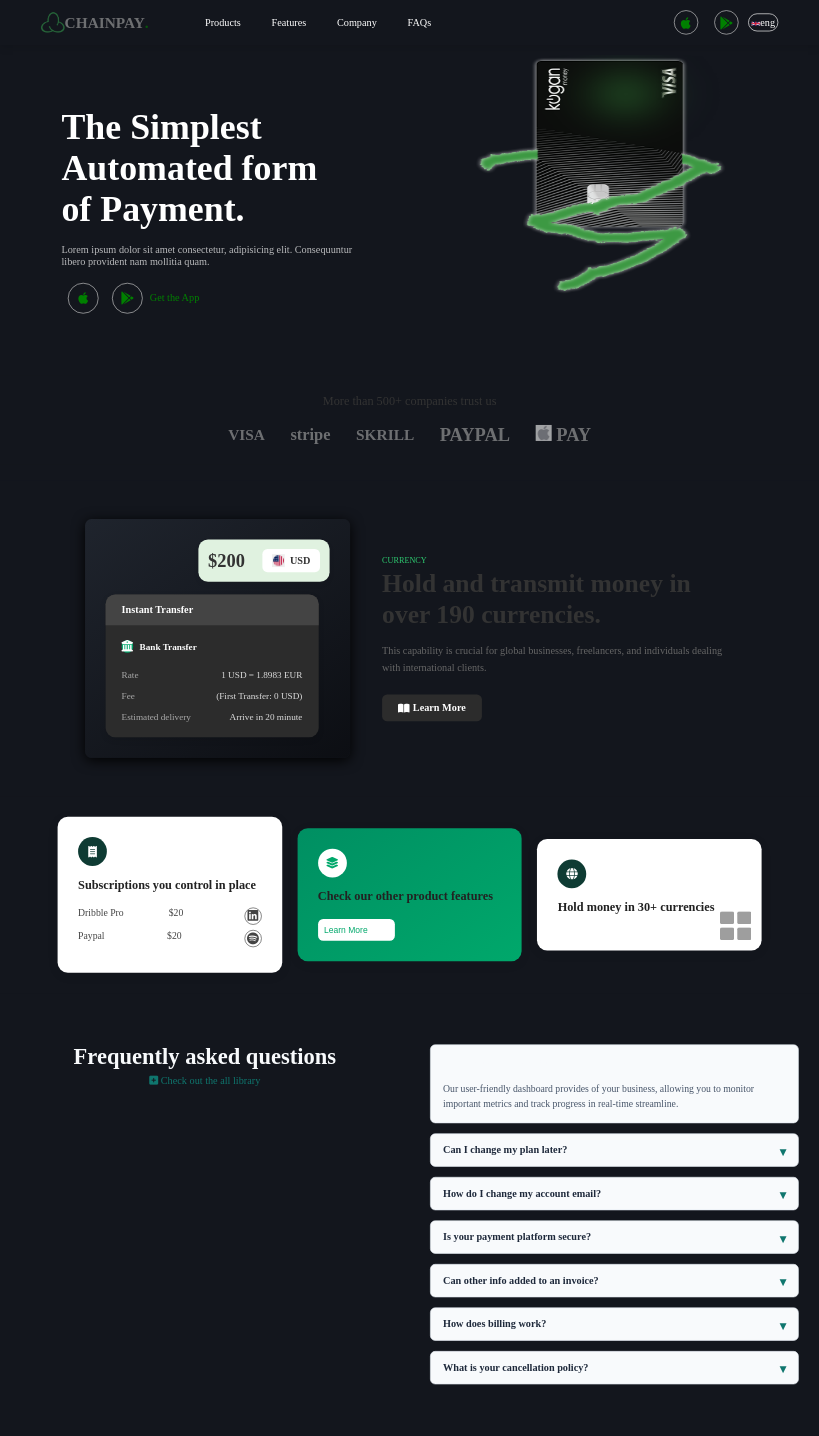
Repository: Austinokezie/Fintech-landing-page
Page: Chainpay.html
These files come from the project's save history. The page is drawn as it stood at one moment and after the next save; the edit follows.
The browser window is 1280 px wide. The pictures show the whole page, at 64% of full size.
Pictures or frames that could not be fetched are drawn as grey boxes. Some web libraries are served in a nearby version.

Above is the page before, as saved 2025-10-15 23:01:13.

### Chainpay.html
<!DOCTYPE html>
<html lang="en">
<head>
    <meta charset="UTF-8">
    <meta name="viewport" content="width=device-width, initial-scale=1.0">
    <title>Document</title>
    <link rel="stylesheet" href="./Chainpay.css">
    <script src="https://kit.fontawesome.com/988c5ad863.js" crossorigin="anonymous"></script>
</head>
<body>
    <nav>
        <div class="left">
            <div class="logo">
                <img src="./images/logo.png" alt="logo image">

                <span>Chainpay</span><span class="dot">.</span>

            </div>
            <ul class="links">
                <li class="link">Products</li>
                <li class="link">Features</li>
                <li class="link">Company</li>
                <li class="link">FAQs</li>

            </ul>
        </div>

        <div class="btn">
            <i class="fa-brands fa-apple"></i>
            <i class="fa-brands fa-google-play"></i>
            <div class="flag">
                <a href=""><img src="./images/Flag_of_the_United_Kingdom_(1-2).svg.png" alt="flag"><span>eng</span></a>


            </div>

        </div>
    </nav>
    <main>
        <div class="introsection">
            <h1>
                <p>The Simplest</p>
                <p>Automated form</p>
                <p>of Payment.</p>
            </h1>
            <p class="describe">Lorem ipsum dolor sit amet consectetur, adipisicing elit. Consequuntur libero provident nam mollitia quam.</p>
            <div class="btnicons">
                <i class="fa-brands fa-apple"></i>
                <i class="fa-brands fa-google-play"></i>
                <a href="#">Get the App</a>
            </div>
            <!-- <div>
                <button class="btn"> Get Started</button>
                <button class="btn"> Discover More</button>
            </div> -->
        </div>
        <div class="imagesection">
            <img src="./images/card.png" alt="">
        </div>
    </main>
   <section class="trust-section">
      <p class="trust-statement">More than 500+ companies trust us</p>
       <div class="payment-logos">
          <span class="logo visa">VISA</span>
          <span class="logo stripe">stripe</span>
          <span class="logo skrill">Skrill</span>
          <span class="logo paypal">PayPal</span>
          <span class="logo apple-pay"><img src="./images/Apple logo.jpg" alt=""> Pay</span>
        </div>
   </section>
    <section class="currency-feature-section">
            <div class="demo-section">
                <div class="input-card">
                    <span class="amount">$200</span>
                        <div class="currency-selector">
                            <img src="./images/USA FLAG2.jpeg" alt="US Flag" class="flag-icon">
                             <span class="currency-code">USD</span>

                        </div>
                </div>

                <div class="transfer-details-card">
                      <div class="card-header">
                         <span class="header-text">Instant Transfer</span>
                       </div>
                    <div class="transfer-info">
                        <div class="info-line bank-transfer">
                          <span class="icon "><i class="fa-solid fa-building-columns bank-icon"></i></span>
                         <span class="text">Bank Transfer</span>
                       </div>
                       <div class="info-line detail-row">
                          <span class="label">Rate</span>
                          <span class="value">1 USD = 1.8983 EUR</span>
                       </div>
                        <div class="info-line detail-row">
                          <span class="label">Fee</span>
                          <span class="value">(First Transfer: 0 USD)</span>
                       </div>
                       <div class="info-line detail-row">
                          <span class="label">Estimated delivery</span>
                         <span class="value">Arrive in 20 minute</span>
                        </div>
                   </div>
               </div>
            </div>

        <div class="content-section">
               <p class="tagline">Currency</p>
               <h2 class="headline">Hold and transmit money in over 190 currencies.</h2>
               <p class="description">This capability is crucial for global businesses, freelancers, and individuals dealing with international clients.</p>
               <button class="cta-button">
                  <span class="icon learn-icon"><i class="fa-solid fa-book-open"></i></span>
                   Learn More
               </button>
        </div>
    </section>

    <section class="features">
          <div class="card">
               <div class="card-icon">
                 <i class="fa-solid fa-receipt"></i>
                </div>
                <h3>Subscriptions you control in place</h3>
                <div class="card-footer">
                   <div class="item">
                      <span class="text">Dribble Pro</span>
                       <span class="amt">$20</span>
                       <span>
                            <i class="fa-brands fa-linkedin"></i>
                        </span>
                  </div>
                  <div class="item">
                      <span class="text">Paypal</span>
                      <span class="paypal-amt">$20</span>
                      <span>
                          <i class="fa-brands fa-spotify"></i>
                      </span>
                   </div>
               </div>
           </div>

           <div class="card active">
               <div class="card-icon">
                  <i class="fa-solid fa-layer-group"></i>
                </div>
                <h3>Check our other product features</h3>
                <button class="learn-more">
                  Learn More
               </button>
            </div>

           <div class="card">
               <div class="card-icon">
                 <i class="fa-solid fa-globe"></i>
               </div>
               <h3>Hold money in 30+ currencies</h3>
               <div class="flag-icons">
                  <img src="https://flagcdn.com/w40/gb.png" alt="UK">
                  <img src="https://flagcdn.com/w40/us.png" alt="US">
                  <img src="https://flagcdn.com/w40/ca.png" alt="Canada">
                  <img src="https://flagcdn.com/w40/eu.png" alt="EU">
              </div>
           </div>
    </section>
    <section class="faq-section">
                <div class="faq-header">
                   <h1>Frequently asked questions</h1>
                   <p><i class="fas fa-plus-square"></i> Check out the all library</p>
               </div>
                <div class="faq-content">

                   <div class="qa-item intro-text">
                      <h2>Is there a free trial available?</h2>
                      <p>Our user-friendly dashboard provides of your business, allowing you to monitor important metrics and track progress in real-time streamline.</p>
                   </div>

                   <details class="qa-item">
                      <summary class="question">Can I change my plan later?</summary>
                      <p class="answer">Yes, you can upgrade, downgrade, or change your plan at any time through your dashboard settings. Changes are effective immediately or at the start of your next billing cycle, depending on the modification.</p>
                  </details>

                  <details class="qa-item">
                     <summary class="question">How do I change my account email?</summary>
                     <p class="answer">You can update your registered email address in the 'Account Settings' section of your profile. For security, you may need to confirm the change via a verification link sent to both the old and new email addresses.</p>
                  </details>

                   <details class="qa-item">
                      <summary class="question">Is your payment platform secure?</summary>
                      <p class="answer">Absolutely. We use industry-leading encryption and partner with certified payment processors (e.g., Stripe, PayPal) to ensure all your transaction details are handled securely and are PCI compliant.</p>
                   </details>

                   <details class="qa-item">
                       <summary class="question">Can other info added to an invoice?</summary>
                      <p class="answer">Yes, you can specify custom information, such as a PO number, VAT ID, or project reference, to be included on your invoices. This can typically be managed in your billing preferences.</p>
                   </details>

                  <details class="qa-item">
                      <summary class="question">How does billing work?</summary>
                      <p class="answer">Billing is handled on a monthly or annual subscription basis, depending on your chosen plan. You will be charged automatically on your renewal date, and invoices are available immediately in your account portal.</p>
                  </details>

                 <details class="qa-item">
                      <summary class="question">What is your cancellation policy?</summary>
                      <p class="answer">You can cancel your subscription at any time. Your service will remain active until the end of the current paid billing period, and you will not be charged again.</p>
                  </details>

                </div>
    </section>


</body>
</html>

### Chainpay.css
*{
    margin: 0;
    padding: 0;

}
body{
    background-color: #13161d;
    color: white;
    scroll-behavior: smooth;
}
nav{
    display: flex;
    justify-content: space-between;
    padding: 16px 64px;
    box-shadow: 0 5px 12px rgba(0, 0, 0, 0.1);
}

nav .left {
    display: flex;
    gap: 4rem;
    align-items: center;
}

nav .logo{
    display: flex;
    align-items: center;

}
nav .logo span{
    font-size: 1.5rem;
    font-weight: bold;
    gap: 2px;

}
nav .logo .dot{
    color: green;
    font-size: 1.5rem;
}
nav .logo img{
    height: 32px;
}
nav .links{
    display: flex;
    list-style: none;

}
nav .links :hover{
    color: forestgreen;
}
nav .links .link{
    padding: 5px 1.5rem;
    font-weight: 500;
}
nav .btn{
    display: flex;
    align-items: center;
    gap: 5px;
}
nav .btn i{
    font-size: 1.3rem;
    background-color: rgba(2, green, blue, alpha);
    color: green;
    padding: .5rem .5rem;
    border: 1px solid #ccc;
    width: 20px;
    height: 20px;
    line-height: 20px;
    text-align: center;
    border-radius: 52px;
    margin:0 10px;
    cursor: pointer;

}
nav .btn .flag{
    display: flex;
    border: 1px solid;
    border-radius: 20px;
    padding: 4px 4px;

}

nav .btn .flag a{
    text-decoration: none;
}
nav .btn .flag img{
    width: .9rem;
    height: .4rem;
}
nav .btn .flag span{
    color: white;
}

main{
    display: flex;
    justify-content: center;
    padding: 1rem 6rem;

    gap: 2rem;
}
main .introsection{
    /* display: flex; */
    padding: 5rem 0;
    /* justify-content: center; */
}
main .introsection h1{
   font-size: 3.5rem;
}
main.introsection h1 p{
    font-size: 5rem;
}
.introsection .describe{
    font-size: 16px;
    opacity: .7;
    margin: 1.5rem 0;
    max-width: 80%;
}
main .imagesection img{
    width: 29rem;
    height: 27rem;
    /* margin-top: 30px; */
}
main .btnicons{
    display: flex;
    gap: 1px;
    align-items: center;
}
main .btnicons a{
    text-decoration: none;
    color: green;
}
main .btnicons i{
    font-size: 1.3rem;
    /* background-color: rgb(36, 17, 17); */
    padding: .5rem .5rem;
    color: green;
    border: 1px solid #ccc;
    width: 30px;
    height: 30px;
    line-height: 30px;
    text-align: center;
    border-radius: 52px;
    margin:0 10px;


}

/* =========================
   🌐 Services Highlight Section
   ========================= */

.trust-section {
    text-align: center;
    padding: 30px 15px;
    background-color: #13161d;
    color: white;
}

.trust-statement {
    font-size: 1.2rem;
    color: #333333; /* Darker text for the statement */
    margin-bottom: 25px;
}

.payment-logos {
    display: flex;
    justify-content: center;
    align-items: center;
    flex-wrap: wrap; /* Allows logos to wrap on smaller screens */
    gap: 40px; /* Space between logos */
}

.logo {
    font-size: 1.5rem;
    font-weight: bold;
    color: #aaaaaa; /* Faded/light gray color as seen in the image */
    text-transform: uppercase;
    opacity: 0.6; /* Slight transparency to enhance the faded look */
    /* Add a specific font-family if you want to match the logo typeface exactly */
}

/* Specific Logo adjustments (optional, to better mimic the logo styles) */
.visa {
    /* No major change needed */
}

.stripe {
    font-size: 1.6rem;
    text-transform: lowercase;
}

.skrill {
    /* No major change needed */
}

.paypal {
    font-size: 1.8rem;
}

.apple-pay {
    font-size: 1.8rem;
    /* The Apple logo  is used directly in the HTML */
}
.apple-pay img{
    width: 25px;
    height: 25px;
}


/* Base Styles */
.currency-feature-section {
    display: flex;
    justify-content: center;
    align-items: center;
    padding: 60px 5%;
    background-color: #13161d;
    color: white;
    font-family: serif;
    box-shadow: rgba(0, 0, 0, 0.1);
    margin-top: 25px;
}

/* --------------------
    Left Column: Demo Section Styling
-------------------- */
.demo-section {
    flex: 1;
    display: flex;
    flex-direction: column;
    gap: 20px;
    padding: 2rem;
    max-width: 350px; /* Limit size for better aesthetics */
    background: linear-gradient(145deg, #1f242d, #0c0e13);
    box-shadow: 0 4px 20px rgba(0, 0, 0, 10);
    border-radius: 10px;
}

/* Input Card */
.input-card {
    background-color: #e0f2e0; /* Lightest green for the card */
    padding: 15px 15px;
    border-radius: 15px;
    display: flex;
    justify-content: space-between;
    align-items: center;
    margin-left: auto;
    box-shadow: 0 4px 10px rgba(0, 0, 0, 0.05); /* Soft shadow */
    width: 50%; /* Smaller than the overall demo section */
}

.input-card .amount {
    font-size: 1.8rem;
    font-weight: bold;
    color: #333;
}

.currency-selector {
    display: flex;
    align-items: center;
    background-color: #fff; /* White background for selector */
    padding: 8px 15px;
    border-radius: 8px;
    font-weight: bold;
    cursor: pointer;
}

.flag-icon {
    width: 20px;
    height: 20px;
    margin-right: 8px;
    /* In a real scenario, you'd load the image */
    /* Placeholder for the flag */
    background-color: #003087; /* Just to show where the flag goes */
    /* border: 1px solid #ccc; */
}
.currency-code {
    color: #333;
}

/* Transfer Details Card */
.transfer-details-card {
    background-color: #2c2c2c; /* Dark background for this card */
    color: #ffffff;
    padding: 0;
    border-radius: 15px;
    box-shadow: 0 4px 10px rgba(0, 0, 0, 0.1);
    width: 95%; /* Wider than the input card */
}

.card-header {
    background-color: #444444; /* Darker header section */
    padding: 15px 25px;
    border-top-left-radius: 15px;
    border-top-right-radius: 15px;
}

.header-text {
    font-weight: bold;
    font-size: 1rem;
}

.transfer-info {
    padding: 15px 25px;
}

.info-line {
    display: flex;
    justify-content: space-between;
    padding: 8px 0;
    font-size: 0.9rem;
    color: #dddddd; /* Light text for details */
    gap: 10px;
}

.bank-transfer {
    justify-content: flex-start;
    align-items: center;
    font-weight: bold;
    color: #ffffff;
    margin-bottom: 10px;
}

.bank-icon {
    display: flex;
    align-items: center;
    width: 20p;
    height: 20px;
    background-color: #00a86b; /* Green circle icon color */
    border-radius: 50%;
    font-size: 18px;
    /* margin-right: 10px; */
    /* flex-shrink: 0; */

}
.bank-icon i{
    font-size: 18px;
    color: #00a86b;
    line-height: 1;
}

.detail-row .label {
    color: #aaaaaa; /* Lighter gray for labels */
}

.detail-row .value {
    text-align: right;
}

/* --------------------
    Right Column: Content Section Styling
-------------------- */
.content-section {
    flex: 1;
    max-width: 550px;
    padding-left: 50px;
    color: #f5f5dc;
}

.tagline {
    font-size: 0.8rem;
    color: #2ecc71;
    text-transform: uppercase;
    margin-bottom: 5px;
}

.headline {
    font-size: 2.5rem;
    font-weight: 900;
    line-height: 1.2;
    color: #333;
    margin: 0 0 20px 0;
}

.description {
    font-size: 1rem;
    line-height: 1.6;
    color: #666;
    margin-bottom: 30px;
}

.cta-button {
    background-color: #2c2c2c; /* Dark background for CTA */
    color: #ffffff;
    border: none;
    padding: 12px 25px;
    border-radius: 8px;
    font-size: 1rem;
    font-weight: bold;
    cursor: pointer;
    display: flex;
    align-items: center;
    transition: background-color 0.3s;
    font-family: serif;
}

.cta-button:hover {
    background-color: #444444;
}

.learn-icon {
    width: 15px;
    height: 15px;
    /* background-color: #00a86b; Small green icon placeholder */
    border-radius: 3px;
    margin-right: 8px;
}

/* === Feature Section === */
.features {
  display: flex;
  justify-content: center;
  align-items: center;
  gap: 1.5rem;
  padding: 2rem;
  max-width: 1100px;
  flex-wrap: nowrap;
  margin: 0 auto;

}

/* === Card === */
.card {
  background: #fff;
  border-radius: 16px;
  padding: 2rem;
  width: 300px;
  box-shadow: 0 4px 20px rgba(0, 0, 0, 0.05);
  display: flex;
  flex-direction: column;
  justify-content: space-between;
  transition: transform 0.3s ease;
  /* min-height: 320px; */
  position: relative;
}

.card:hover {
  transform: translateY(-5px);
}

/* === Icon Circle === */
.card-icon {
  background-color: #0e3b33;
  color: #fff;
  width: 45px;
  height: 45px;
  border-radius: 50%;
  display: flex;
  align-items: center;
  justify-content: center;
  font-size: 18px;
  margin-bottom: 1.2rem;

}

/* === Card Headings === */
.card h3 {
  font-size: 1.2rem;
  margin-bottom: 1.5rem;
  color: #222;
}

/* === Active (Middle) Card === */
.card.active {
  background: linear-gradient(145deg, #008f62, #00a86b);
  color: #fff;
}

.card.active .card-icon {
  background-color: #fff;
  color: #00a86b;
}

/* === Learn More Button === */
.learn-more {
  /* margin-top: ; */
  background-color: #fff;
  color: #00a86b;
  border: none;
  width: 120px;
  padding: 0.6rem 0.6rem ;
  border-radius: 8px;
  cursor: pointer;
  font-weight: 500;
  display: inline-flex;
  align-items: center;
  gap: 8px;
  transition: all 0.3s ease;
}

.learn-more:hover {
  background-color: #e8f6f0;
}

/* === Footer Items (First Card) === */
.card-footer .item {
  display: flex;
  justify-content: space-between;
  margin-bottom: 0.5rem;
  font-size: 0.95rem;
  color: #444;
}
.item .amt{
    margin-right: 25px;
}
.item i{
    width: 25px;
   height: 25px;
   border-radius: 50%;
  font-size: 1.2rem;
  border: 1px solid;
  display: flex;
  justify-content: center;
  align-items: center;
}

/* === Flag Icons (Last Card) === */
.flag-icons {
    position: absolute;
    bottom: 1rem;
    right: 1rem;
    /* align-items: flex-end; */
    display: grid;
    grid-template-columns: repeat(2, 1fr);
    gap: 0.3rem;
    /* margin-top: auto; */
}

.flag-icons img {
  width: 22px;
  height: 20px;
  border-radius: 3px;
  object-fit: cover;
}


/* FAQ SECTION */


.faq-section {
  display: flex;
  justify-content: space-between;
  align-items: flex-start;
  gap: 4rem;
  padding: 5rem 2rem;
  background-color: #13161d;
  color: #f8fafc;
}

.faq-header {
    flex: 1;
  text-align: center;
  margin-bottom: 2rem;
}

.faq-header h1 {
  font-size: 2.2rem;
  font-weight: 700;
}

.faq-header p {
  color: #0f766e;
  font-weight: 500;
  font-size: 1rem;
  margin-top: 0.5rem;
}

.faq-content {
    flex: 1;
   max-width: 60%;
  /* margin: 0 auto; */
   display: flex;
   flex-direction: column;
   gap: 1rem;
}

/* Each Question Card */
.qa-item {
  border: 1px solid #e2e8f0;
  border-radius: 8px;
  padding: 1rem 1.2rem;
  background-color: #f8fafc;
}

.qa-item summary {
  font-weight: 600;
  color: #1e293b;
  cursor: pointer;
  position: relative;
  list-style: none;
  padding-right: 1.5rem;
}

.qa-item summary::marker {
  display: none;
}

/* Dropdown arrow */
.qa-item summary::after {
  content: '▾';
  position: absolute;
  right: 0;
  top: 0;
  font-size: 1.2rem;
  color: #0f766e;
  transition: transform 0.3s ease;
}

.qa-item[open] summary::after {
  transform: rotate(-180deg);
}

.qa-item p {
  margin-top: 0.8rem;
  color: #475569;
  font-size: 0.95rem;
  line-height: 1.6;
}

.qa-item:hover summary {
  color: #0f766e;
}


/* Mobile View (Max-width: 480px) */
@media (max-width: 480px) {
    .trust-section {
        padding: 20px 10px;
    }

    .trust-statement {
        font-size: 1rem;
        margin-bottom: 15px;
    }

    .payment-logos {
        gap: 20px 30px; /* Vertical and horizontal gap */
        /* Logos might wrap to a new line on very small screens */
    }

    .logo {
        font-size: 1.2rem; /* Smaller logos for mobile */
    }

    .stripe {
        font-size: 1.3rem;
    }

    .paypal,
    .apple-pay {
        font-size: 1.5rem;
    }
}


/* Tablet View (Max-width: 768px) */
@media (max-width: 768px) {
    .currency-feature-section {
        flex-direction: column; /* Stack columns vertically */
        padding: 40px 5%;
    }

    .demo-section {
        padding-right: 0;
        margin-bottom: 30px;
        width: 100%;
        max-width: none;
        align-items: center; /* Center the cards */
    }

    .input-card {
        width: 70%;
        max-width: 350px;
    }

    .transfer-details-card {
        width: 80%;
        max-width: 400px;
    }

    .content-section {
        padding-left: 0;
        text-align: center; /* Center align text */
        max-width: 100%;
    }

    .headline {
        font-size: 2rem;
    }

    .cta-button {
        margin: 0 auto; /* Center the button */
    }
}

/* Mobile View (Max-width: 480px) */
@media (max-width: 480px) {
    .currency-feature-section {
        padding: 30px 4%;
    }

    .headline {
        font-size: 1.7rem;
    }

    .description {
        font-size: 0.9rem;
    }

    .input-card {
        width: 100%; /* Full width for smaller screens */
        max-width: none;
        padding: 15px 20px;
    }

    .input-card .amount {
        font-size: 1.5rem;
    }

    .currency-selector {
        padding: 6px 10px;
    }

    .transfer-details-card {
        width: 95%; /* Keep it slightly narrower than full width */
        max-width: none;
    }

    .info-line {
        font-size: 0.85rem;
    }
}

/* Tablet ≤ 768px */
@media (max-width: 768px) {
  .faq-section {
    padding: 4rem 1.5rem;
  }

  .faq-header h1 {
    font-size: 1.8rem;
  }

  .faq-content {
    gap: 0.8rem;
  }
}

/* Mobile ≤ 480px */
@media (max-width: 480px) {
  .faq-section {
    padding: 3rem 1rem;
  }

  .faq-header h1 {
    font-size: 1.5rem;
  }

  .qa-item summary {
    font-size: 0.95rem;
  }

  .qa-item p {
    font-size: 0.85rem;
  }
}

After the next save:
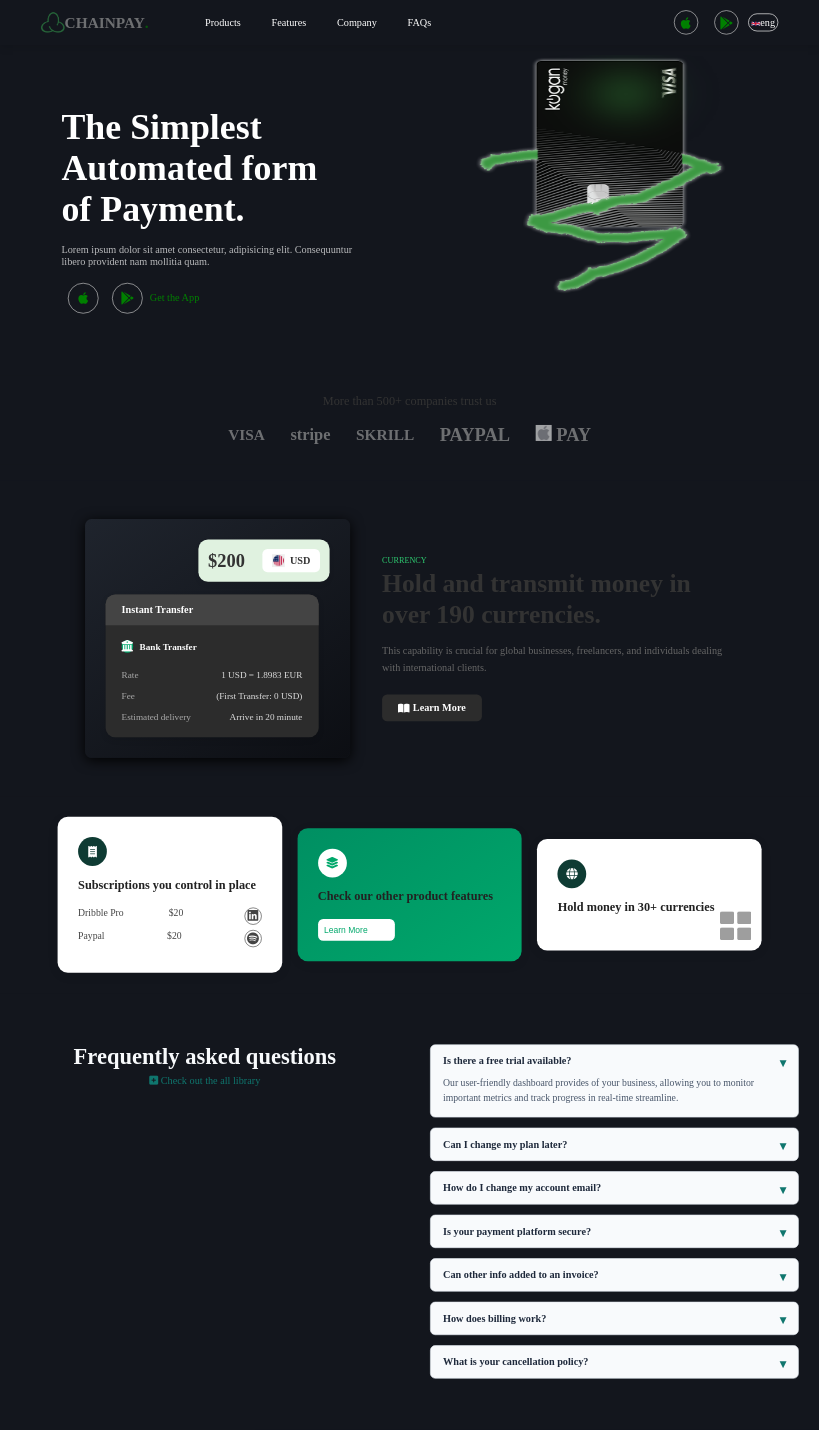
Saved 6 min 2 s later.
--- a/Chainpay.html
+++ b/Chainpay.html
@@ -170,7 +170,7 @@
                 <div class="faq-content">
 
                    <div class="qa-item intro-text">
-                      <h2>Is there a free trial available?</h2>
+                      <summary>Is there a free trial available?</summary>
                       <p>Our user-friendly dashboard provides of your business, allowing you to monitor important metrics and track progress in real-time streamline.</p>
                    </div>
 
